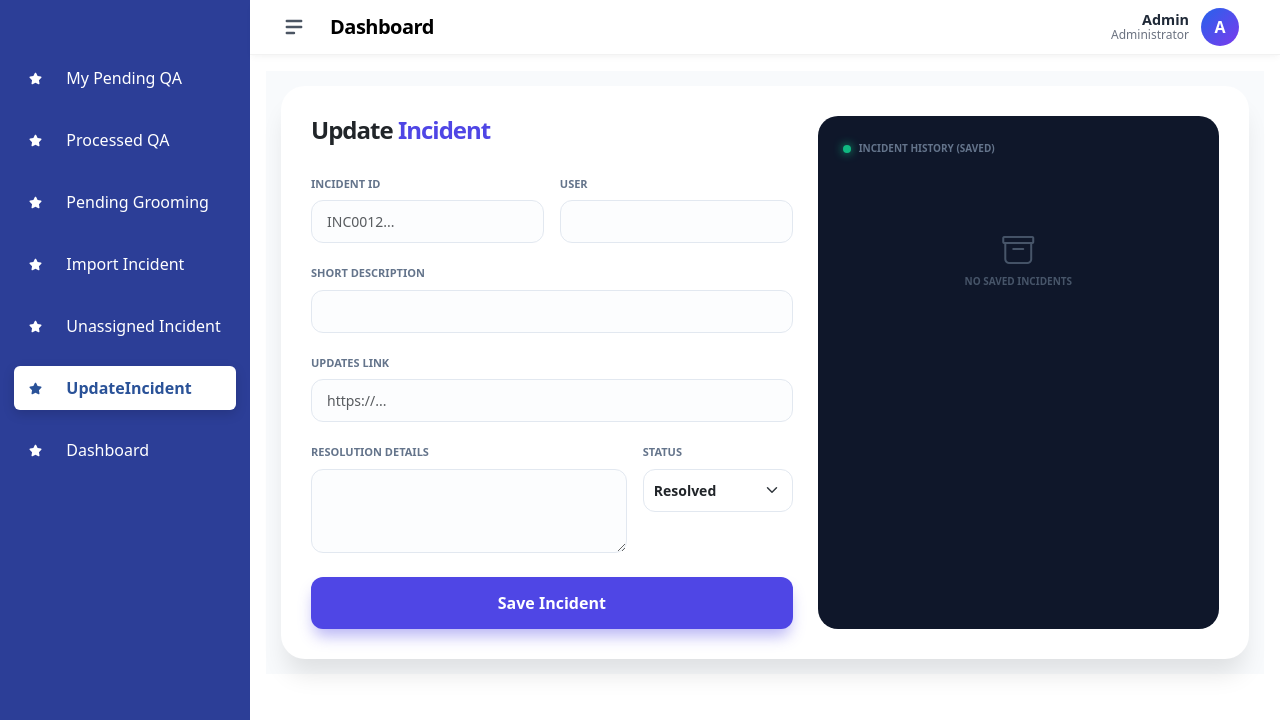
Repository: ArunGOW/ServiceNow_QA-audit
Page: /dashboard/UpdateIncident
An editor plug-in stored every save of this project. The page is shown before and after the next save, followed by the edit.
The browser window is 1280 px wide. The pictures show the whole page.
The project was rebuilt for these pictures with package versions that can differ from the ones it lists, and the page was loaded fresh each time. Some packages were replaced by stand-ins written for this rebuild. Also part of the build but not shown: vite.config.js, src/components/Login.jsx, src/utils/logger.jsx, src/hooks/usePendingIncidents.jsx, src/components/tables/PendingQATable.jsx, src/components/PaginationControls.css, src/components/PaginationControls.jsx, src/pages/PendingQAPage.jsx and 15 more.

Above is the page before, as saved 2026-01-23 04:45:32.

### index.html
<!doctype html>
<html lang="en">
  <head>
    <meta charset="UTF-8" />
    <link rel="icon" href="data:," />
    <meta name="viewport" content="width=device-width, initial-scale=1.0" />
    <title>QA Tool</title>
  </head>
  <body>
    <div id="root"></div>
    <script type="module" src="/src/main.jsx"></script>
  </body>
</html>

### src/main.jsx
 import React from "react";
import ReactDOM from "react-dom/client";
import { BrowserRouter } from "react-router-dom";
import App from "./App";
import 'bootstrap/dist/css/bootstrap.min.css';


ReactDOM.createRoot(document.getElementById("root")).render(
  <BrowserRouter>
    <App />
  </BrowserRouter>
);

### src/App.jsx


// src/App.jsx
import React from "react";
import { Routes, Route, Navigate } from "react-router-dom";
import Login from "./components/Login";
import Dashboard from "./components/Dashboard";
import { AuthProvider } from "./context/AuthContext";

// Pages
import PendingQAPage from "./pages/PendingQAPage";
import ProcessedQAPage from "./pages/ProcessedQAPage";
import GroomingPage from "./pages/GroomingPage";
import ImportIncidentPage from "./pages/ImportIncidentPage";
import UnassignedPage from "./pages/UnassignedPage";
import UserDashboard from "./pages/UserDashboard";
import AlluserDashboard from "./pages/AlluserDashboard";
import UpdateIncident from "./pages/UpdateIncident";

function App() {
  return (
    <AuthProvider>
      <Routes>
        {/* Redirect root to login */}
        <Route path="/" element={<Navigate to="/login" replace />} />

        {/* Login Page */}
        <Route path="/login" element={<Login />} />

        {/* Dashboard Layout with nested routes */}
        <Route path="/dashboard" element={<Dashboard />}>
        <Route path="alluser-dashboard" element={<AlluserDashboard />} />
          <Route path="pending-qa" element={<PendingQAPage />} />
          <Route path="processed-qa" element={<ProcessedQAPage />} />
          <Route path="pending-grooming" element={<GroomingPage />} />
          <Route path="import-incident" element={<ImportIncidentPage />} />
          <Route path="unassigned-incident" element={<UnassignedPage />} />
          <Route path="UpdateIncident" element={<UpdateIncident />} />
          <Route path="user-dashboard" element={<UserDashboard />} />

        </Route>
      </Routes>
    </AuthProvider>
  );
}

export default App;

### src/components/Dashboard.jsx

// src/components/Dashboard.jsx
import { Outlet } from "react-router-dom";
import { useState } from "react";
import Sidebar from "./layout/sidebar.jsx";
import Topbar from "./layout/Topbar.jsx";

const Dashboard = () => {
  const [sidebarOpen, setSidebarOpen] = useState(true);

  return (
    <div className="d-flex">
      {/* Sidebar */}
      {sidebarOpen && <Sidebar />}

      {/* Main Content */}
      <div className="flex-grow-1">
        <Topbar onToggleSidebar={() => setSidebarOpen(!sidebarOpen)} />
        <div className="p-3">
          <Outlet /> {/* Child routes render here */}
        </div>
      </div>
    </div>
  );
};

export default Dashboard;

### src/pages/UpdateIncident.jsx
// import React, { useState } from 'react';
// import { Form, Button, Row, Col, Alert, Spinner } from 'react-bootstrap';
// import api from "../api/axois";
// import { useAuth } from "../context/AuthContext";

// const UpdateIncident = () => {
//   const { user: currentUser } = useAuth();
//   const [loading, setLoading] = useState(false);
//   const [feedback, setFeedback] = useState(null);
//   const [recentIncidents, setRecentIncidents] = useState([]);

//   const [formData, setFormData] = useState({
//     incident_number: '',
//     short_description: '',
//     status: 'resolved',
//     resolution_shared: '',
//     updates_link: '',
//     user: currentUser?.full_name || ''
//   });

//   const handleChange = (e) => {
//     setFormData({ ...formData, [e.target.name]: e.target.value });
//   };

//   const handleSubmit = async (e) => {
//     e.preventDefault();
//     setLoading(true);
//     setFeedback(null);
//     try {
//       const token = currentUser?.token || localStorage.getItem("session_token");
//       const res = await api.post('/users/update/incidents', [formData], {
//         headers: { Authorization: `Bearer ${token}` }
//       });

//       if (res.data.status === "success") {
//         setFeedback({ type: 'success', message: res.data.message });
//         const newEntry = { ...formData, timestamp: new Date().toLocaleTimeString() };
//         setRecentIncidents([newEntry, ...recentIncidents].slice(0, 5));
//         setFormData({ ...formData, incident_number: '', short_description: '', resolution_shared: '', updates_link: '' });
//       }
//     } catch (err) {
//       setFeedback({ type: 'danger', message: "Sync Failed" });
//     } finally {
//       setLoading(false);
//     }
//   };

//   return (
//     <div style={styles.pageWrapper}>
//       <link rel="stylesheet" href="https://cdn.jsdelivr.net/npm/bootstrap-icons@1.11.1/font/bootstrap-icons.css" />

//       <div style={styles.mainGrid}>
//         {/* LEFT: INPUT FORM */}
//         <div style={styles.formSection}>
//           <h4 style={styles.sectionTitle}>Update <span style={{ color: '#4f46e5' }}>Incident</span></h4>
//           <Form onSubmit={handleSubmit}>
//             <Row className="g-3">
//               <Col md={6}>
//                 <Form.Label style={styles.label}>Incident ID</Form.Label>
//                 <Form.Control name="incident_number" value={formData.incident_number} placeholder="INC0012..." style={styles.input} onChange={handleChange} required />
//               </Col>
//               <Col md={6}>
//                 <Form.Label style={styles.label}>User</Form.Label>
//                 <Form.Control name="user" value={formData.user} style={styles.input} onChange={handleChange} required />
//               </Col>
//               <Col md={12}>
//                 <Form.Label style={styles.label}>Short Description</Form.Label>
//                 <Form.Control name="short_description" value={formData.short_description} style={styles.input} onChange={handleChange} required />
//               </Col>
//               <Col md={12}>
//                 <Form.Label style={styles.label}>Updates Link</Form.Label>
//                 <Form.Control name="updates_link" value={formData.updates_link} placeholder="https://..." style={styles.input} onChange={handleChange} />
//               </Col>

//               <Col md={8}>
//                 <Form.Label style={styles.label}>Resolution Details</Form.Label>
//                 <Form.Control as="textarea" rows={3} name="resolution_shared" value={formData.resolution_shared} style={styles.textarea} onChange={handleChange} />
//               </Col>
//               <Col md={4}>
//                 <Form.Label style={styles.label}>Status</Form.Label>
//                 <Form.Select name="status" value={formData.status} style={styles.select} onChange={handleChange}>
//                   <option value="resolved">Resolved</option>
//                   <option value="pending">Pending</option>
//                   <option value="closed">Closed</option>
//                 </Form.Select>
//               </Col>
//             </Row>

//             {feedback && <Alert variant={feedback.type} className="mt-3 py-2 small">{feedback.message}</Alert>}

//             <Button type="submit" style={styles.submitBtn} className="w-100 mt-4 text-white" disabled={loading}>
//               {loading ? <Spinner size="sm" /> : 'Save Incident'}
//             </Button>
//           </Form>
//         </div>

//         {/* RIGHT: INCIDENT LIST (Using your dark styles) */}
//         <div style={styles.previewSection}>
//           <div style={styles.previewHeader}>
//             <div style={styles.liveDot}></div> INCIDENT CREATED LIST
//           </div>

//           <div style={styles.previewCard}>
//             {recentIncidents.length === 0 ? (
//               <div style={{ textAlign: 'center', marginTop: '50px', color: '#475569' }}>
//                 <i className="bi bi-cloud-slash mb-2" style={{ fontSize: '2rem' }}></i>
//                 <p style={styles.previewLabel}>No active session data</p>
//               </div>
//             ) : (
//               recentIncidents.map((inc, index) => (
//                 <div key={index} style={{...styles.previewItem, borderBottom: '1px solid #1e293b', paddingBottom: '15px'}}>
//                   <div className="d-flex justify-content-between align-items-center mb-2">
//                     <span style={styles.previewTag}>{inc.timestamp}</span>
//                     <div style={{...styles.statusPill, backgroundColor: inc.status === 'resolved' ? '#064e3b' : '#451a03', color: inc.status === 'resolved' ? '#10b981' : '#f59e0b'}}>
//                       {inc.status.toUpperCase()}
//                     </div>
//                   </div>
//                   <div style={{...styles.previewValue, fontSize: '18px', color: '#fff'}}>{inc.incident_number}</div>
//                   <div style={{...styles.previewSmallValue, marginBottom: '8px'}}>{inc.short_description}</div>

//                   <div className="d-flex justify-content-between align-items-center">
//                     <div style={styles.previewSmallValue}><i className="bi bi-person me-1"></i>{inc.user}</div>
//                     {inc.updates_link && (
//                       <a href={inc.updates_link} target="_blank" rel="noreferrer" style={{color: '#4f46e5', fontSize: '12px'}}>
//                         <i className="bi bi-link-45deg"></i> Link
//                       </a>
//                     )}
//                   </div>
//                 </div>
//               ))
//             )}
//           </div>
//         </div>
//       </div>
//     </div>
//   );
// };

// const styles = {
//   pageWrapper: { backgroundColor: '#f8fafc', height: '100vh', display: 'flex', alignItems: 'center', justifyContent: 'center', padding: '20px' },
//   mainGrid: { display: 'grid', gridTemplateColumns: '1.2fr 1fr', gap: '30px', width: '100%', maxWidth: '1100px', backgroundColor: '#fff', borderRadius: '24px', padding: '30px', boxShadow: '0 20px 25px -5px rgba(0,0,0,0.1)' },
//   sectionTitle: { fontWeight: '900', marginBottom: '25px', letterSpacing: '-1px' },
//   label: { fontSize: '11px', fontWeight: '800', color: '#64748b', textTransform: 'uppercase', marginBottom: '8px' },
//   input: { borderRadius: '12px', padding: '10px 15px', border: '1px solid #e2e8f0', fontSize: '14px', backgroundColor: '#fcfdfe' },
//   textarea: { borderRadius: '12px', padding: '12px', border: '1px solid #e2e8f0', fontSize: '13px', backgroundColor: '#fcfdfe' },
//   select: { borderRadius: '12px', padding: '10px', border: '1px solid #e2e8f0', fontSize: '14px', fontWeight: '600' },
//   submitBtn: { background: '#4f46e5', border: 'none', borderRadius: '12px', padding: '14px', fontWeight: '700', boxShadow: '0 10px 15px -3px rgba(79, 70, 229, 0.4)' },

//   previewSection: { backgroundColor: '#0f172a', borderRadius: '20px', padding: '25px', display: 'flex', flexDirection: 'column', color: '#fff', overflowY: 'auto' },
//   previewHeader: { fontSize: '10px', fontWeight: '900', color: '#64748b', marginBottom: '20px', display: 'flex', alignItems: 'center', gap: '8px' },
//   liveDot: { width: '8px', height: '8px', background: '#10b981', borderRadius: '50%', boxShadow: '0 0 10px #10b981' },
//   previewCard: { flex: 1, display: 'flex', flexDirection: 'column' },
//   previewTag: { fontSize: '9px', background: '#1e293b', padding: '2px 8px', borderRadius: '4px', color: '#94a3b8', marginBottom: '5px', display: 'inline-block' },
//   previewId: { fontSize: '28px', fontWeight: '900', margin: 0, color: '#f8fafc' },
//   statusPill: { padding: '4px 12px', borderRadius: '20px', fontSize: '10px', fontWeight: '900' },
//   previewItem: { marginBottom: '20px' },
//   previewLabel: { display: 'block', fontSize: '10px', color: '#475569', fontWeight: '800', textTransform: 'uppercase', marginBottom: '4px' },
//   previewValue: { fontSize: '15px', fontWeight: '600', color: '#cbd5e1' },
//   previewBox: { backgroundColor: '#1e293b', padding: '15px', borderRadius: '12px', fontSize: '12px', color: '#94a3b8', border: '1px solid #334155', minHeight: '80px' },
//   previewSmallValue: { fontSize: '12px', fontWeight: '600', color: '#94a3b8' }
// };

// export default UpdateIncident;

import React, { useState, useEffect } from 'react';
import { Form, Button, Row, Col, Alert, Spinner } from 'react-bootstrap';
import api from "../api/axois";
import { useAuth } from "../context/AuthContext";

const UpdateIncident = () => {
  const { user: currentUser } = useAuth();
  const [loading, setLoading] = useState(false);
  const [feedback, setFeedback] = useState(null);

  // Initialize state from localStorage if it exists
  const [recentIncidents, setRecentIncidents] = useState(() => {
    const saved = localStorage.getItem('aura_incident_history');
    return saved ? JSON.parse(saved) : [];
  });

  const [formData, setFormData] = useState({
    incident_number: '',
    short_description: '',
    status: 'resolved',
    resolution_shared: '',
    updates_link: '',
    user: currentUser?.full_name || ''
  });

  // Save to localStorage whenever the list changes
  useEffect(() => {
    localStorage.setItem('aura_incident_history', JSON.stringify(recentIncidents));
  }, [recentIncidents]);

  const handleChange = (e) => {
    setFormData({ ...formData, [e.target.name]: e.target.value });
  };
  const handleEdit = (incident) => {
    setFormData({ ...incident });
    toast.info(`Editing ${incident.incident_number}`);
  };


  const handleSubmit = async (e) => {
    e.preventDefault();
    setLoading(true);
    setFeedback(null);

    // Ensure the payload is an array of objects
    const payload = [{
      incident_number: formData.incident_number,
      resolution_shared: formData.resolution_shared || "N/A",
      short_description: formData.short_description,
      status: formData.status,
      updates_link: formData.updates_link || " ",
      user: formData.user
    }];

    try {
      const token = currentUser?.token || localStorage.getItem("session_token");

      const res = await api.post('/users/update/incidents', payload, {
        headers: {
          'Authorization': `Bearer ${token}`,
          'Content-Type': 'application/json'
        }
      });

      if (res.data.status === "success") {
        setFeedback({ type: 'success', message: res.data.message });
        const newEntry = { ...formData, timestamp: new Date().toLocaleString() };
        setRecentIncidents([newEntry, ...recentIncidents.filter(i => i.incident_number !== formData.incident_number)].slice(0, 10));

        // Reset form but keep the user
        setFormData({ ...formData, incident_number: '', short_description: '', resolution_shared: '', updates_link: '' });
      }
    } catch (err) {
      // FIX: Extracting the real error message from the server response
      const serverError = err.response?.data?.message || err.response?.data?.detail?.[0]?.msg || "Network Error: Check API URL";
      setFeedback({ type: 'danger', message: `Sync Failed: ${serverError}` });
      console.error("API Error Response:", err.response?.data);
    } finally {
      setLoading(false);
    }
  };


  return (
    <div style={styles.pageWrapper}>
      <link rel="stylesheet" href="https://cdn.jsdelivr.net/npm/bootstrap-icons@1.11.1/font/bootstrap-icons.css" />

      <div style={styles.mainGrid}>
        {/* LEFT: INPUT FORM */}
        <div style={styles.formSection}>
          <h4 style={styles.sectionTitle}>Update <span style={{ color: '#4f46e5' }}>Incident</span></h4>
          <Form onSubmit={handleSubmit}>
            <Row className="g-3">
              <Col md={6}>
                <Form.Label style={styles.label}>Incident ID</Form.Label>
                <Form.Control name="incident_number" value={formData.incident_number} placeholder="INC0012..." style={styles.input} onChange={handleChange} required />
              </Col>
              <Col md={6}>
                <Form.Label style={styles.label}>User</Form.Label>
                <Form.Control name="user" value={formData.user} style={styles.input} onChange={handleChange} required />
              </Col>
              <Col md={12}>
                <Form.Label style={styles.label}>Short Description</Form.Label>
                <Form.Control name="short_description" value={formData.short_description} style={styles.input} onChange={handleChange} required />
              </Col>
              <Col md={12}>
                <Form.Label style={styles.label}>Updates Link</Form.Label>
                <Form.Control name="updates_link" value={formData.updates_link} placeholder="https://..." style={styles.input} onChange={handleChange} />
              </Col>

              <Col md={8}>
                <Form.Label style={styles.label}>Resolution Details</Form.Label>
                <Form.Control as="textarea" rows={3} name="resolution_shared" value={formData.resolution_shared} style={styles.textarea} onChange={handleChange} />
              </Col>
              <Col md={4}>
                <Form.Label style={styles.label}>Status</Form.Label>
                <Form.Select name="status" value={formData.status} style={styles.select} onChange={handleChange}>
                  <option value="resolved">Resolved</option>
                  <option value="pending">Pending</option>
                  <option value="closed">Closed</option>
                </Form.Select>
              </Col>
            </Row>

            {feedback && <Alert variant={feedback.type} className="mt-3 py-2 small border-0 shadow-sm">{feedback.message}</Alert>}

            <div className="d-flex gap-2 mt-4">
               <Button type="submit" style={styles.submitBtn} className="flex-grow-1 text-white" disabled={loading}>
                 {loading ? <Spinner size="sm" /> : 'Save Incident'}
               </Button>
               {recentIncidents.length > 0 && (
                 <Button variant="outline-danger" style={{ borderRadius: '12px' }} onClick={() => setRecentIncidents([])}>
                   <i className="bi bi-trash"></i>
                 </Button>
               )}
            </div>
          </Form>
        </div>

        {/* RIGHT: PERSISTENT LIST */}
        <div style={styles.previewSection}>
          <div style={styles.previewHeader}>
            <div style={styles.liveDot}></div> INCIDENT HISTORY (SAVED)
          </div>

          <div style={styles.previewCard}>
            {recentIncidents.length === 0 ? (
              <div style={{ textAlign: 'center', marginTop: '50px', color: '#475569' }}>
                <i className="bi bi-archive mb-2" style={{ fontSize: '2rem' }}></i>
                <p style={styles.previewLabel}>No saved incidents</p>
              </div>
            ) : (
              recentIncidents.map((inc, index) => (
                <div
                  key={index}
                  onClick={() => handleEdit(inc)}
                  style={{...styles.previewItem, cursor: 'pointer', borderBottom: '1px solid #1e293b', paddingBottom: '15px'}}
                  onMouseOver={(e) => e.currentTarget.style.backgroundColor = '#1e293b'}
                  onMouseOut={(e) => e.currentTarget.style.backgroundColor = 'transparent'}
                >
                  <div className="d-flex justify-content-between align-items-center mb-2">
                    <span style={styles.previewTag}>{inc.timestamp}</span>
                    <div style={{...styles.statusPill, backgroundColor: inc.status === 'resolved' ? '#064e3b' : '#451a03', color: inc.status === 'resolved' ? '#10b981' : '#f59e0b'}}>
                      {inc.status.toUpperCase()}
                    </div>
                  </div>
                  <div style={{...styles.previewValue, fontSize: '18px', color: '#fff'}}>{inc.incident_number}</div>
                  <div style={{...styles.previewSmallValue, marginBottom: '8px', textOverflow: 'ellipsis', overflow: 'hidden', whiteSpace: 'nowrap'}}>{inc.short_description}</div>

                  <div className="d-flex justify-content-between align-items-center">
                    <div style={styles.previewSmallValue}><i className="bi bi-person me-1"></i>{inc.user}</div>
                    <i className="bi bi-pencil-square" style={{color: '#4f46e5'}}></i>
                  </div>
                </div>
              ))
            )}
          </div>
        </div>
      </div>
    </div>
  );
};

const styles = {
  pageWrapper: { backgroundColor: '#f8fafc', height: '100%', display: 'flex', alignItems: 'center', justifyContent: 'center', padding: '15px' },
  mainGrid: { display: 'grid', gridTemplateColumns: '1.2fr 1fr', gap: '25px', width: '100%', maxWidth: '1200px', backgroundColor: '#fff', borderRadius: '24px', padding: '30px', boxShadow: '0 20px 25px -5px rgba(0,0,0,0.1)' },
  sectionTitle: { fontWeight: '900', marginBottom: '25px', letterSpacing: '-1px' },
  label: { fontSize: '11px', fontWeight: '800', color: '#64748b', textTransform: 'uppercase', marginBottom: '8px' },
  input: { borderRadius: '12px', padding: '10px 15px', border: '1px solid #e2e8f0', fontSize: '14px', backgroundColor: '#fcfdfe' },
  textarea: { borderRadius: '12px', padding: '12px', border: '1px solid #e2e8f0', fontSize: '13px', backgroundColor: '#fcfdfe' },
  select: { borderRadius: '12px', padding: '10px', border: '1px solid #e2e8f0', fontSize: '14px', fontWeight: '600' },
  submitBtn: { background: '#4f46e5', border: 'none', borderRadius: '12px', padding: '14px', fontWeight: '700', boxShadow: '0 10px 15px -3px rgba(79, 70, 229, 0.4)' },

  previewSection: { backgroundColor: '#0f172a', borderRadius: '20px', padding: '25px', display: 'flex', flexDirection: 'column', color: '#fff', overflowY: 'auto' },
  previewHeader: { fontSize: '10px', fontWeight: '900', color: '#64748b', marginBottom: '20px', display: 'flex', alignItems: 'center', gap: '8px' },
  liveDot: { width: '8px', height: '8px', background: '#10b981', borderRadius: '50%', boxShadow: '0 0 10px #10b981' },
  previewCard: { flex: 1, display: 'flex', flexDirection: 'column' },
  previewTag: { fontSize: '9px', background: '#1e293b', padding: '2px 8px', borderRadius: '4px', color: '#94a3b8', marginBottom: '5px', display: 'inline-block' },
  previewId: { fontSize: '28px', fontWeight: '900', margin: 0, color: '#f8fafc' },
  statusPill: { padding: '4px 12px', borderRadius: '20px', fontSize: '10px', fontWeight: '900' },
  previewItem: { marginBottom: '20px', padding: '8px', borderRadius: '10px', transition: '0.3s' },
  previewLabel: { display: 'block', fontSize: '10px', color: '#475569', fontWeight: '800', textTransform: 'uppercase', marginBottom: '4px' },
  previewValue: { fontSize: '15px', fontWeight: '600', color: '#cbd5e1' },
  previewSmallValue: { fontSize: '12px', fontWeight: '600', color: '#94a3b8' }
};

export default UpdateIncident;

### src/api/axois.jsx
 // src/api/axios.js
import axios from "axios";

 // src/api/axios.js
const api = axios.create({
  baseURL: "http://52.56.78.188:8010/api",
  headers: {
    "Content-Type": "application/json",
  },
});


// 🔑 Attach token automatically to every request
api.interceptors.request.use(
  (config) => {
    const token = localStorage.getItem("session_token"); // token stored at login
    if (token) {
      config.headers.Authorization = `Bearer ${token}`;
    }
    return config;
  },
  (error) => Promise.reject(error)
);

export default api;

Loaded but not shown: src/components/PendingQATable.css (262 lines, source omitted); src/components/layout/Topbar.jsx (135 lines, source omitted); src/components/layout/sidebar.jsx (107 lines, source omitted); src/components/layout/Sidebar.css (161 lines, source omitted); src/components/layout/Topbar.css (156 lines, source omitted); src/context/AuthContext.jsx (95 lines, source omitted)

After the next save:
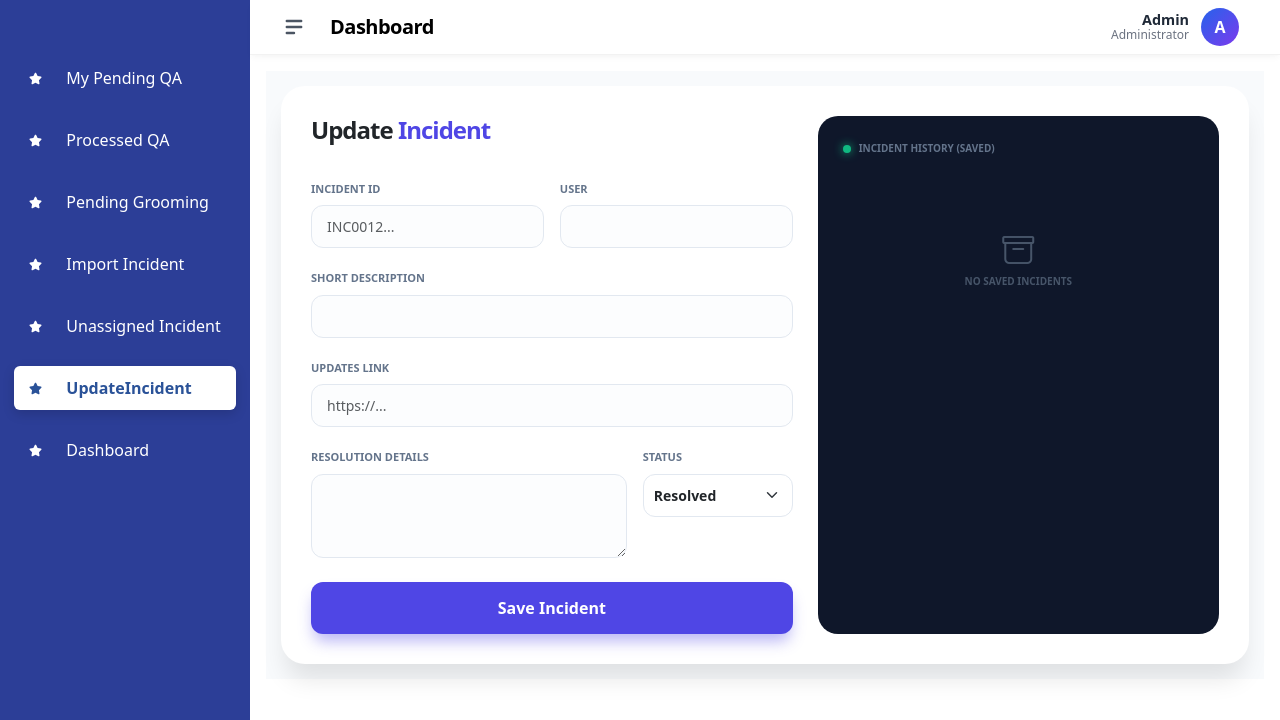
Saved 45 s later.
--- a/src/pages/UpdateIncident.jsx
+++ b/src/pages/UpdateIncident.jsx
@@ -348,7 +348,7 @@ const UpdateIncident = () => {
 const styles = {
   pageWrapper: { backgroundColor: '#f8fafc', height: '100%', display: 'flex', alignItems: 'center', justifyContent: 'center', padding: '15px' },
   mainGrid: { display: 'grid', gridTemplateColumns: '1.2fr 1fr', gap: '25px', width: '100%', maxWidth: '1200px', backgroundColor: '#fff', borderRadius: '24px', padding: '30px', boxShadow: '0 20px 25px -5px rgba(0,0,0,0.1)' },
-  sectionTitle: { fontWeight: '900', marginBottom: '25px', letterSpacing: '-1px' },
+  sectionTitle: { fontWeight: '900', marginBottom: '30px', letterSpacing: '-1px' },
   label: { fontSize: '11px', fontWeight: '800', color: '#64748b', textTransform: 'uppercase', marginBottom: '8px' },
   input: { borderRadius: '12px', padding: '10px 15px', border: '1px solid #e2e8f0', fontSize: '14px', backgroundColor: '#fcfdfe' },
   textarea: { borderRadius: '12px', padding: '12px', border: '1px solid #e2e8f0', fontSize: '13px', backgroundColor: '#fcfdfe' },
